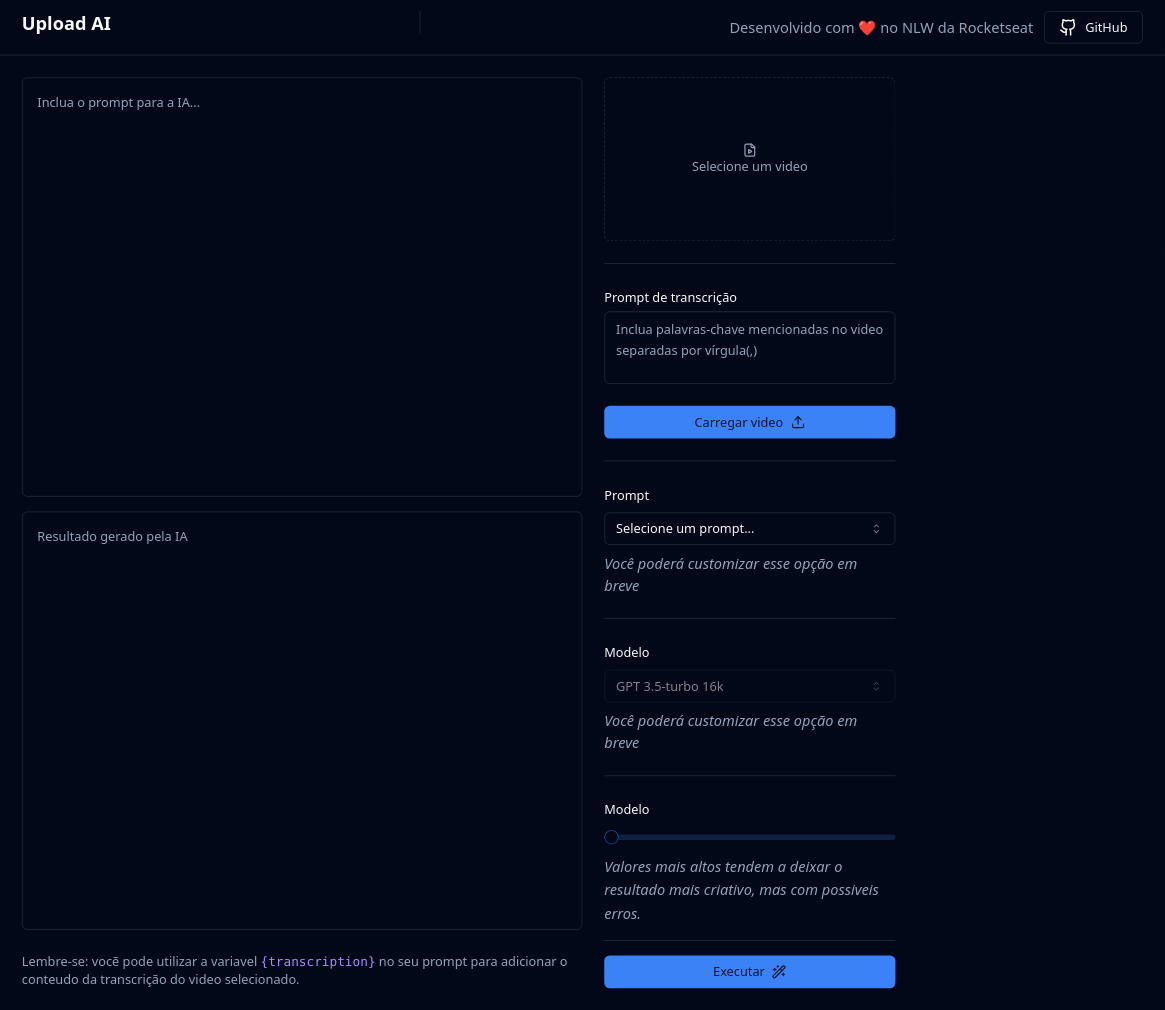
Repository: brksaian/nlw-2023-IA
Page: /
The author's editor kept a copy of each file at every save. The page is drawn from the files as they stood at one save, then again after the next save.
The browser window is 1280 px wide. The pictures show the whole page, at 91% of full size.
The project was rebuilt for these pictures with package versions that can differ from the ones it lists, and the page was loaded fresh each time. Also part of the build but not shown: vite.config.ts.

Above is the page before, as saved 2023-09-13 11:56:17.

After the next save:
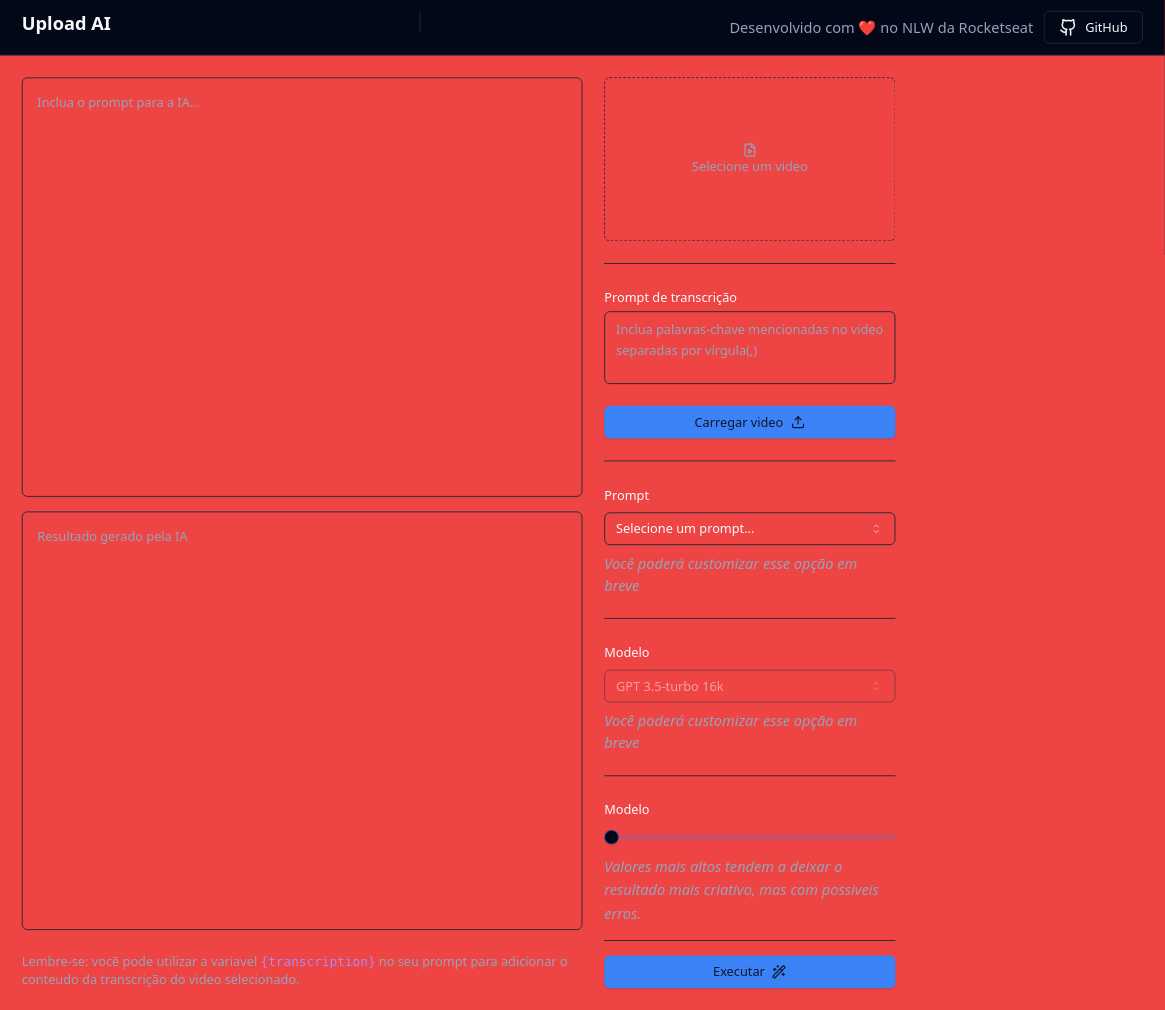
Saved 4 min 4 s later.
--- a/src/App.tsx
+++ b/src/App.tsx
@@ -30,7 +30,7 @@
           </Button>
         </div>
       </div>
-      <main className="flex-1 p-6 flex gap-6">
+      <main className="flex-1 p-6 flex gap-6 bg-red-500">
         <div className="flex flex-col gap-6 w-1/2">
           <div className="grid grid-rows-2 gap-4 flex-1">
             <Textarea

After the save that followed:
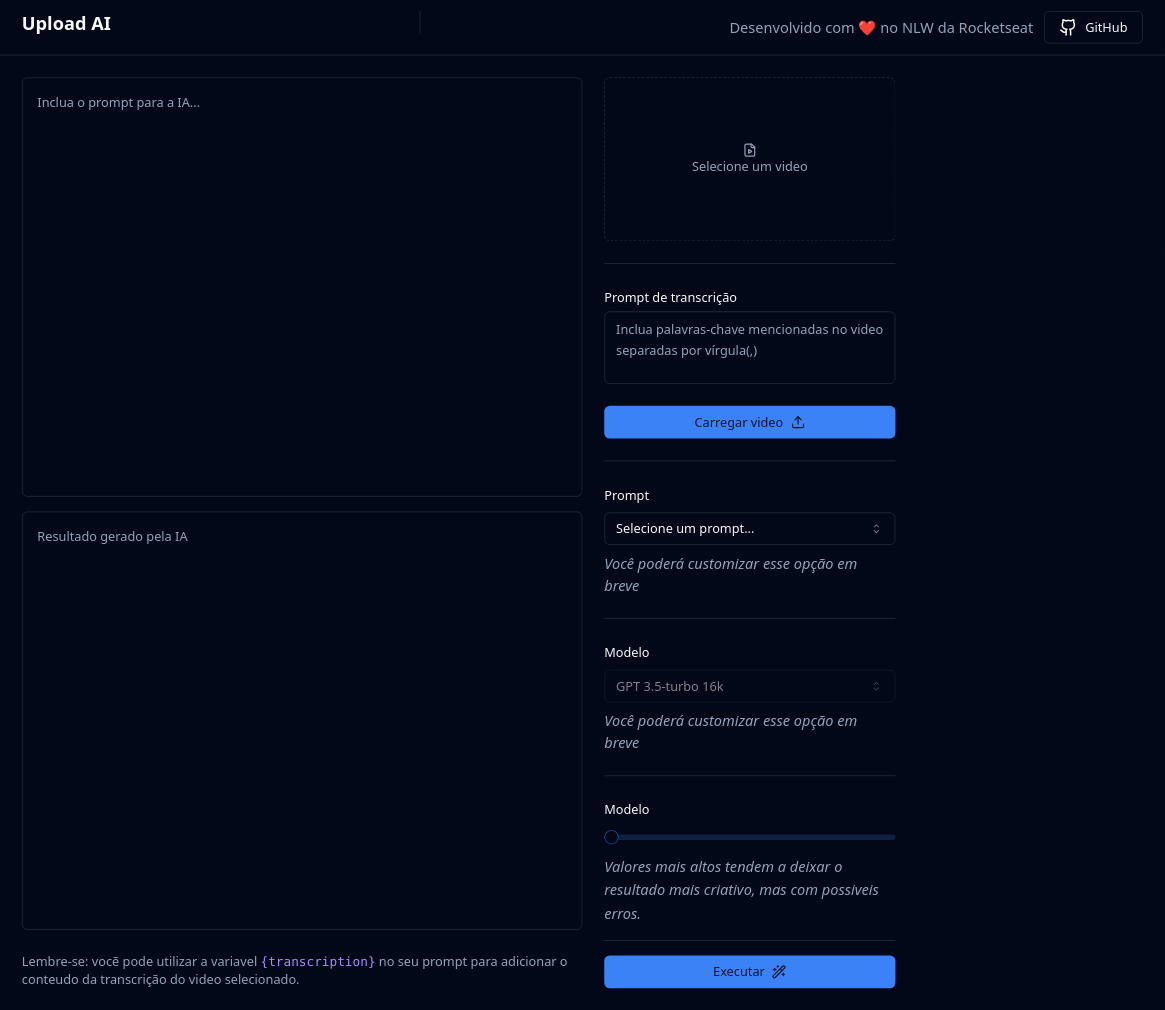
Saved 23 s later.
--- a/src/App.tsx
+++ b/src/App.tsx
@@ -14,7 +14,7 @@
 
 export function App() {
   return (
-    <div className="min-h-screen min-w-screen flex flex-col">
+    <div className="min-h-screen flex flex-col">
       <div className="px-6 py-3 flex item-center justify-between border-b">
         <h1 className="text-xl font-bold">Upload AI</h1>
 
@@ -30,7 +30,7 @@
           </Button>
         </div>
       </div>
-      <main className="flex-1 p-6 flex gap-6 bg-red-500">
+      <main className="flex-1 p-6 flex gap-6">
         <div className="flex flex-col gap-6 w-1/2">
           <div className="grid grid-rows-2 gap-4 flex-1">
             <Textarea
